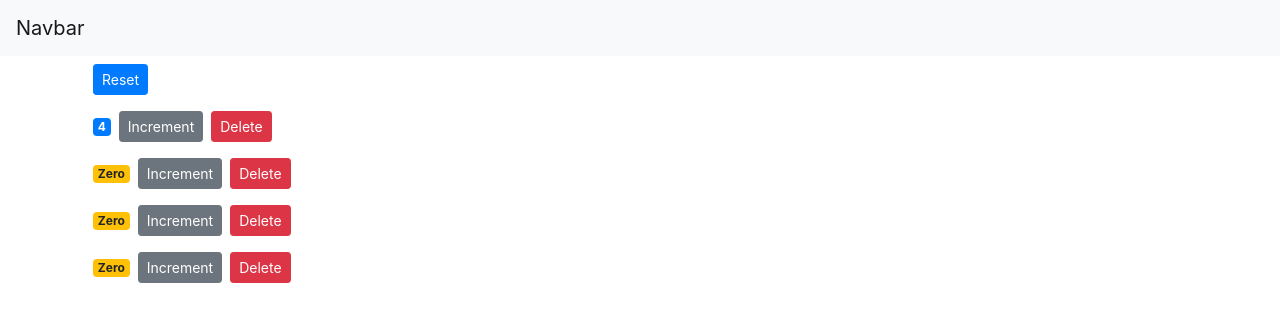
Repository: smk87/First-React-App
Page: /
These files come from the project's save history. The page is drawn as it stood at one moment and after the next save; the edit follows.
The browser window is 1280 px wide. The pictures show the whole page.
The project was rebuilt for these pictures with package versions that can differ from the ones it lists, and the page was loaded fresh each time. Also part of the build but not shown: src/App.css.

Above is the page before, as saved 2019-01-05 22:35:45.

### public/index.html
<!DOCTYPE html>
<html lang="en">
  <head>
    <meta charset="utf-8" />
    <link rel="shortcut icon" href="%PUBLIC_URL%/favicon.ico" />
    <meta
      name="viewport"
      content="width=device-width, initial-scale=1, shrink-to-fit=no"
    />
    <meta name="theme-color" content="#000000" />
    <!--
      manifest.json provides metadata used when your web app is added to the
      homescreen on Android. See https://developers.google.com/web/fundamentals/web-app-manifest/
    -->
    <link rel="manifest" href="%PUBLIC_URL%/manifest.json" />
    <!--
      Notice the use of %PUBLIC_URL% in the tags above.
      It will be replaced with the URL of the `public` folder during the build.
      Only files inside the `public` folder can be referenced from the HTML.

      Unlike "/favicon.ico" or "favicon.ico", "%PUBLIC_URL%/favicon.ico" will
      work correctly both with client-side routing and a non-root public URL.
      Learn how to configure a non-root public URL by running `npm run build`.
    -->
    <title>Cart by React</title>
  </head>
  <body>
    <noscript>You need to enable JavaScript to run this app.</noscript>
    <div id="root"></div>
    <!--
      This HTML file is a template.
      If you open it directly in the browser, you will see an empty page.

      You can add webfonts, meta tags, or analytics to this file.
      The build step will place the bundled scripts into the <body> tag.

      To begin the development, run `npm start` or `yarn start`.
      To create a production bundle, use `npm run build` or `yarn build`.
    -->
  </body>
</html>

### src/App.js
import React, { Component } from "react";
import logo from "./logo.svg";
import "./App.css";
import NavBar from "./components/navbar";
import Counters from "./components/counters";

class App extends Component {
  render() {
    return (
      <React.Fragment>
        <NavBar />
        <main className="container">
          <Counters />
        </main>
      </React.Fragment>
    );
  }
}

export default App;

### src/components/navbar.jsx
import React, { Component } from "react";

class NavBar extends Component {
  //state = {};
  render() {
    return (
      <nav className="navbar navbar-light bg-light">
        <a className="navbar-brand" href="#">
          Navbar
        </a>
      </nav>
    );
  }
}

export default NavBar;

### src/components/counters.jsx
import React, { Component } from "react";
import Counter from "./counter";

class Counters extends Component {
  state = {
    counters: [
      { id: 1, value: 4 },
      { id: 2, value: 0 },
      { id: 3, value: 0 },
      { id: 4, value: 0 }
    ]
  };

  handleDelete = counterId => {
    const counters = this.state.counters.filter(c => c.id !== counterId);
    this.setState({ counters });
  };

  handleReset = () => {
    const reset = this.state.counters.map(c => {
      c.value = 0;
      return c;
    });
    this.setState({ reset });
  };

  handleIncrement = counter => {
    console.log(counter);

    const counters = [...this.state.counters];
    const index = counters.indexOf(counter);
    counters[index] = { ...counter };
    counters[index].value++;
    this.setState({ counters });
  };

  render() {
    return (
      <div>
        <button
          onClick={this.handleReset}
          className="btn btn-primary btn-sm m-2"
        >
          Reset
        </button>

        {this.state.counters.map(counter => (
          <Counter
            onDelete={this.handleDelete}
            onIncrement={this.handleIncrement}
            key={counter.id}
            counter={counter}
          />
        ))}
      </div>
    );
  }
}

export default Counters;

### src/components/counter.jsx
import React, { Component } from "react";

class Counter extends Component {
  render() {
    return (
      <div>
        <span className={this.getBadgeClasses()}>{this.formatCount()}</span>
        <button
          onClick={() => this.props.onIncrement(this.props.counter)}
          className="btn btn-secondary btn-sm"
        >
          Increment
        </button>
        <button
          onClick={() => this.props.onDelete(this.props.counter.id)}
          className="btn btn-danger btn-sm m-2"
        >
          Delete
        </button>
      </div>
    );
  }

  getBadgeClasses() {
    let classes = "badge m-2 badge-";
    classes += this.props.counter.value === 0 ? "warning" : "primary";
    return classes;
  }

  formatCount() {
    const { value: count } = this.props.counter;
    return count === 0 ? "Zero" : count;
  }
}

export default Counter;

Loaded but not shown: src/index.js (common file); src/index.css (common file); src/serviceWorker.js (common file)

After the next save:
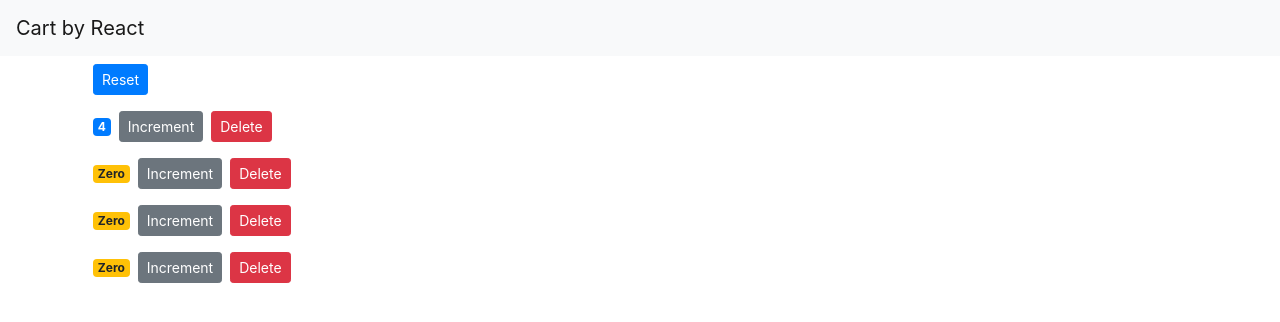
Saved 2 min 1 s later.
--- a/src/components/navbar.jsx
+++ b/src/components/navbar.jsx
@@ -6,7 +6,7 @@ class NavBar extends Component {
     return (
       <nav className="navbar navbar-light bg-light">
         <a className="navbar-brand" href="#">
-          Navbar
+          Cart by React
         </a>
       </nav>
     );
